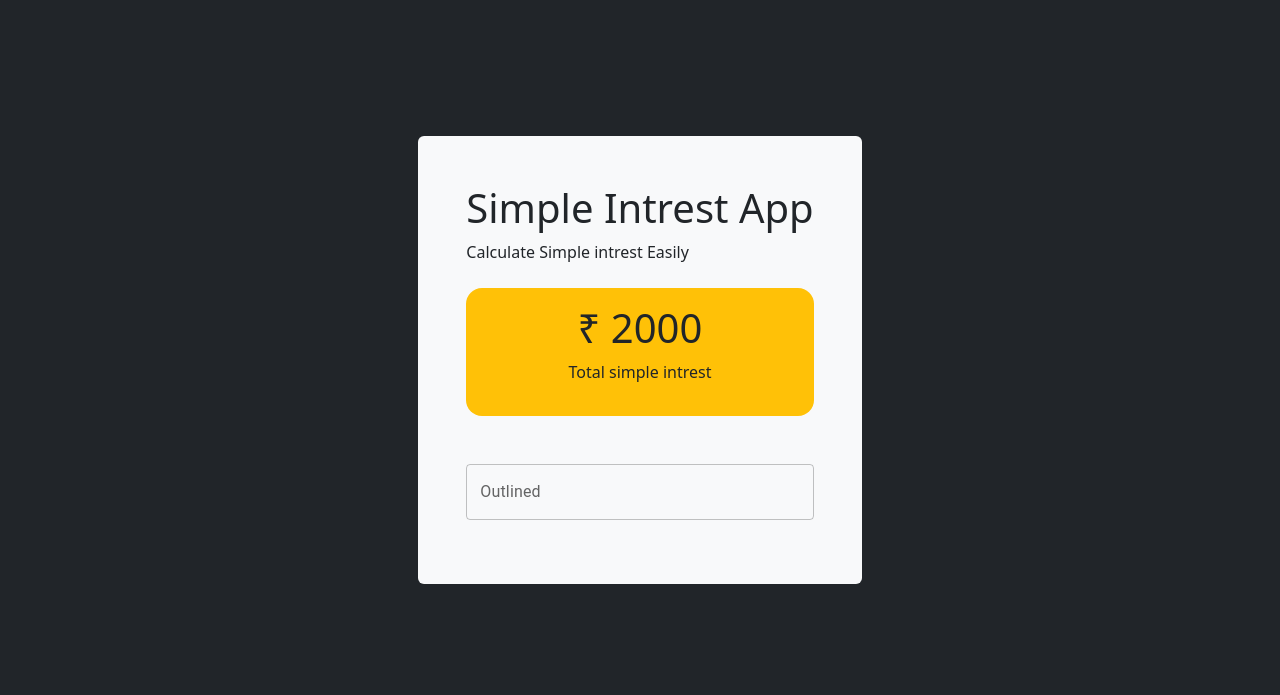
Repository: Afraz13/simple-intrest
Page: /
An editor plug-in stored every save of this project. The page is shown before and after the next save, followed by the edit.
The browser window is 1280 px wide. The pictures show the whole page.
The project was rebuilt for these pictures with package versions that can differ from the ones it lists, and the page was loaded fresh each time. Also part of the build but not shown: src/index.css, src/App.css.

Above is the page before, as saved 2024-07-15 20:43:37.

### public/index.html
<!DOCTYPE html>
<html lang="en">
  <head>
    <meta charset="utf-8" />

    <meta name="viewport" content="width=device-width, initial-scale=1" />
    <link href="https://cdn.jsdelivr.net/npm/bootstrap@5.3.3/dist/css/bootstrap.min.css" rel="stylesheet" integrity="sha384-QWTKZyjpPEjISv5WaRU9OFeRpok6YctnYmDr5pNlyT2bRjXh0JMhjY6hW+ALEwIH" crossorigin="anonymous">

    <title>Simple Intrest</title>
  </head>
  <body>

    <div id="root"></div>

  </body>
</html>

### src/App.js

import './App.css';
import { TextField } from '@mui/material';

function App() {
  return (
    <div style={{height:'100vh'}} className='d-flex justify-content-center align-items-center w-100 bg-dark'>
    <div className='bg-light p-5 rounded'>
    <h1>Simple Intrest App</h1>
    <p>Calculate Simple intrest Easily</p>
    <div className='bg-warning d-flex justify-content-center align-items-center p-3 flex-column rounded-4 mt-4 '>
      <h1>₹ 2000</h1>
      <p>Total simple intrest</p>
    </div>
    <form action="" className='mt-5'>
     <div className='mb-3'>
     <TextField className='w-100' id="outlined-basic" label="Outlined" variant="outlined" />
     </div>
    </form>
    </div>
    </div>
  );
}

export default App;

Loaded but not shown: src/index.js (common file)

After the next save:
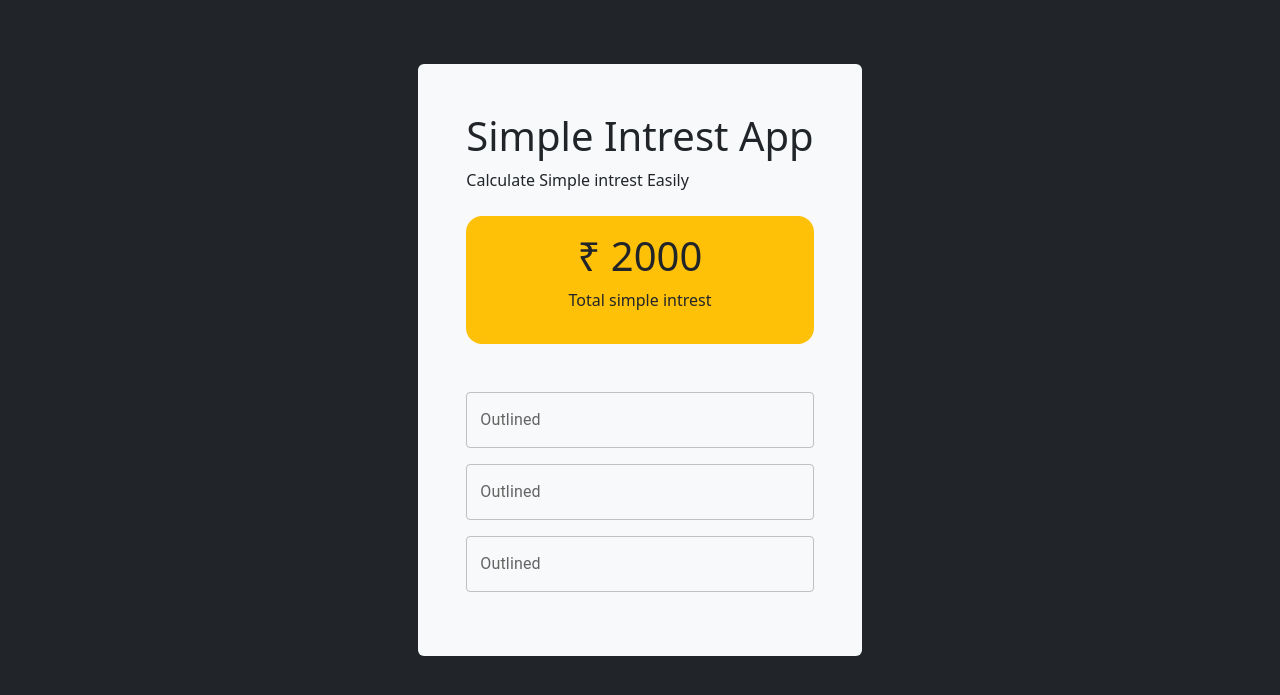
Saved 10 s later.
--- a/src/App.js
+++ b/src/App.js
@@ -16,6 +16,12 @@ function App() {
      <div className='mb-3'>
      <TextField className='w-100' id="outlined-basic" label="Outlined" variant="outlined" />
      </div>
+     <div className='mb-3'>
+     <TextField className='w-100' id="outlined-basic" label="Outlined" variant="outlined" />
+     </div>
+     <div className='mb-3'>
+     <TextField className='w-100' id="outlined-basic" label="Outlined" variant="outlined" />
+     </div>
     </form>
     </div>
     </div>
